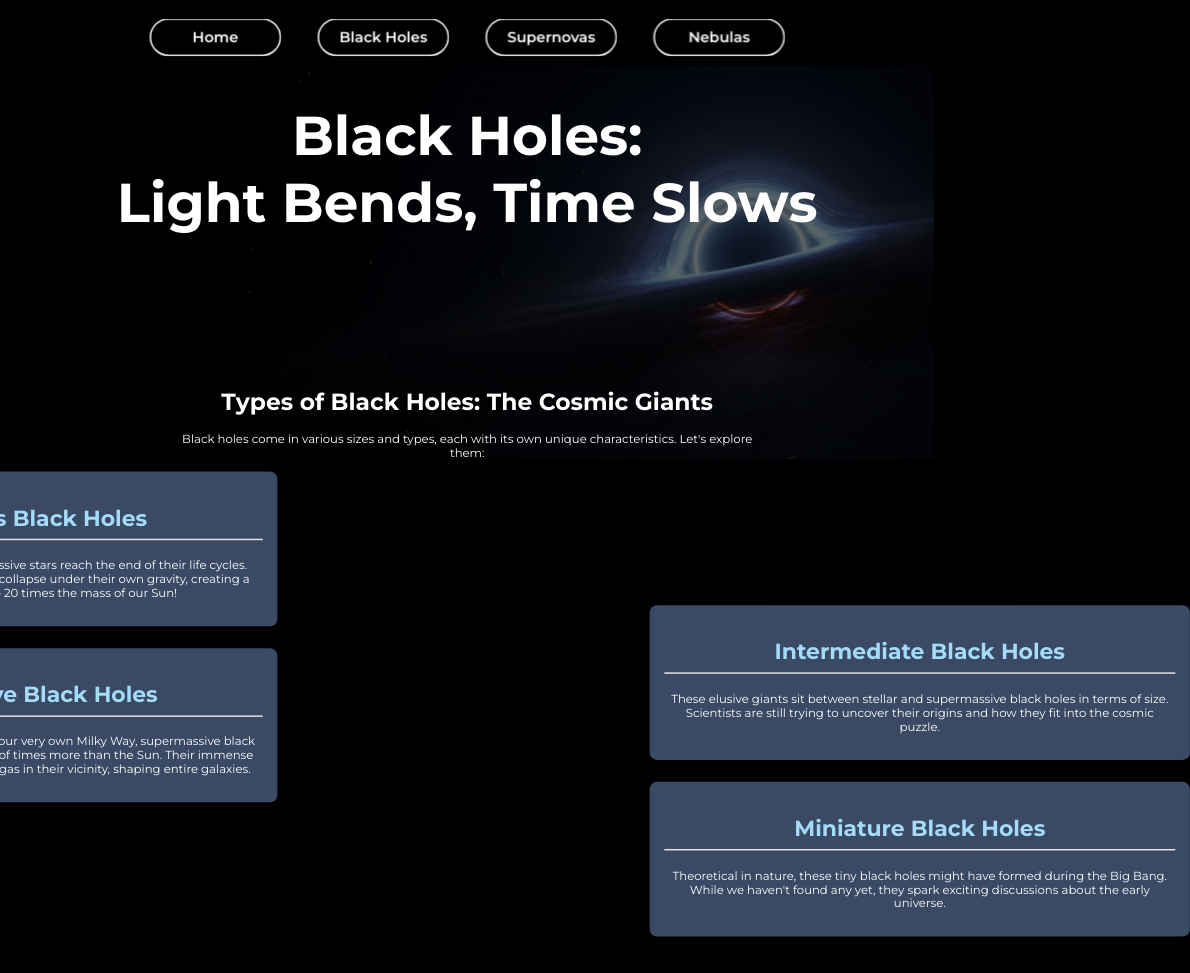
Repository: english-only/Space-Website
Page: black_hole.html
The author's editor kept a copy of each file at every save. The page is drawn from the files as they stood at one save, then again after the next save.
The browser window is 1280 px wide. The page is 1630 px wide, so the pictures cover 1630 px, including what lies to the right of the window. The pictures show the whole page, at 73% of full size.
Backgrounds fixed to the window are drawn as part of the page.

Above is the page before, as saved 2024-12-18 23:22:26.

After the next save:
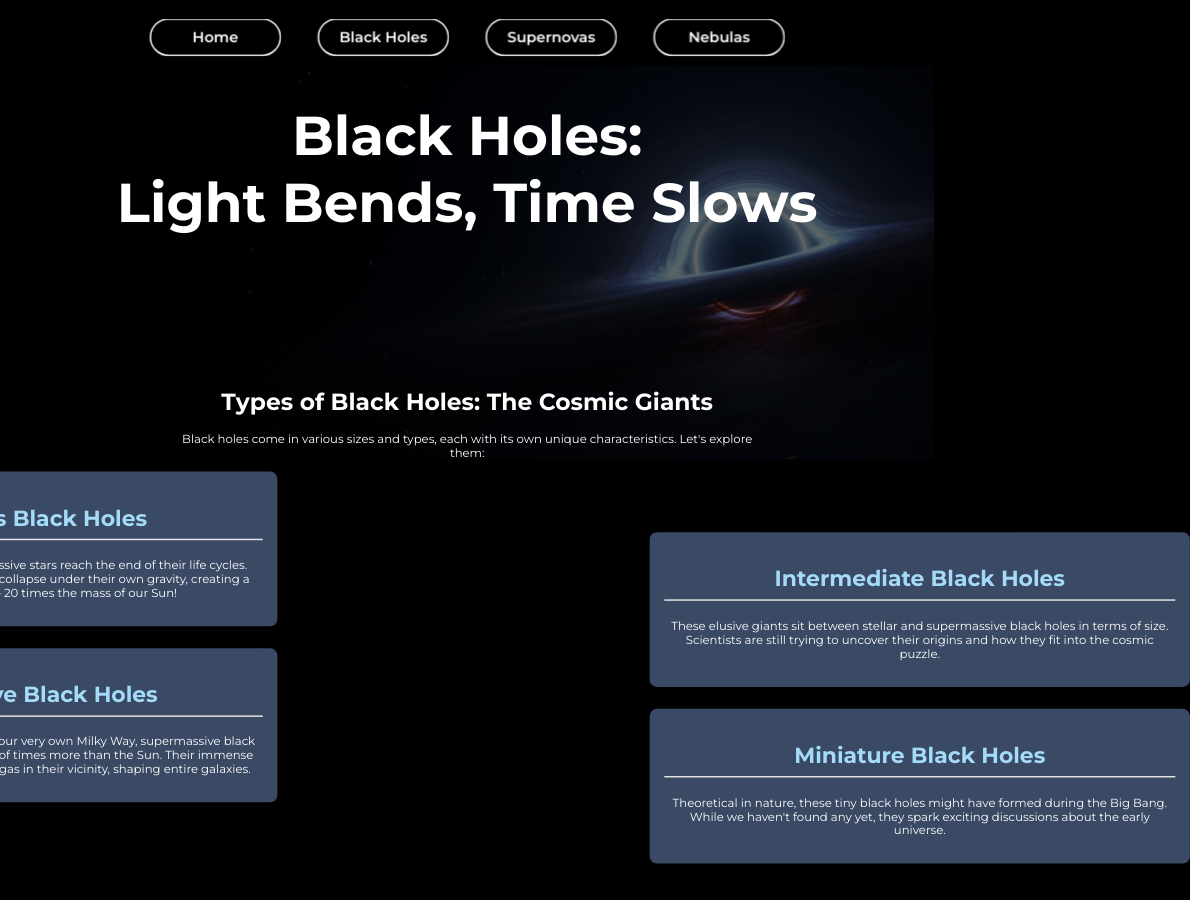
Saved 8 s later.
--- a/main.css
+++ b/main.css
@@ -364,7 +364,7 @@ h1 {
 }
 
 .intermediate {
-  margin-top: -300px;
+  margin-top: -400px;
 }
 
 .black-hole-container {
